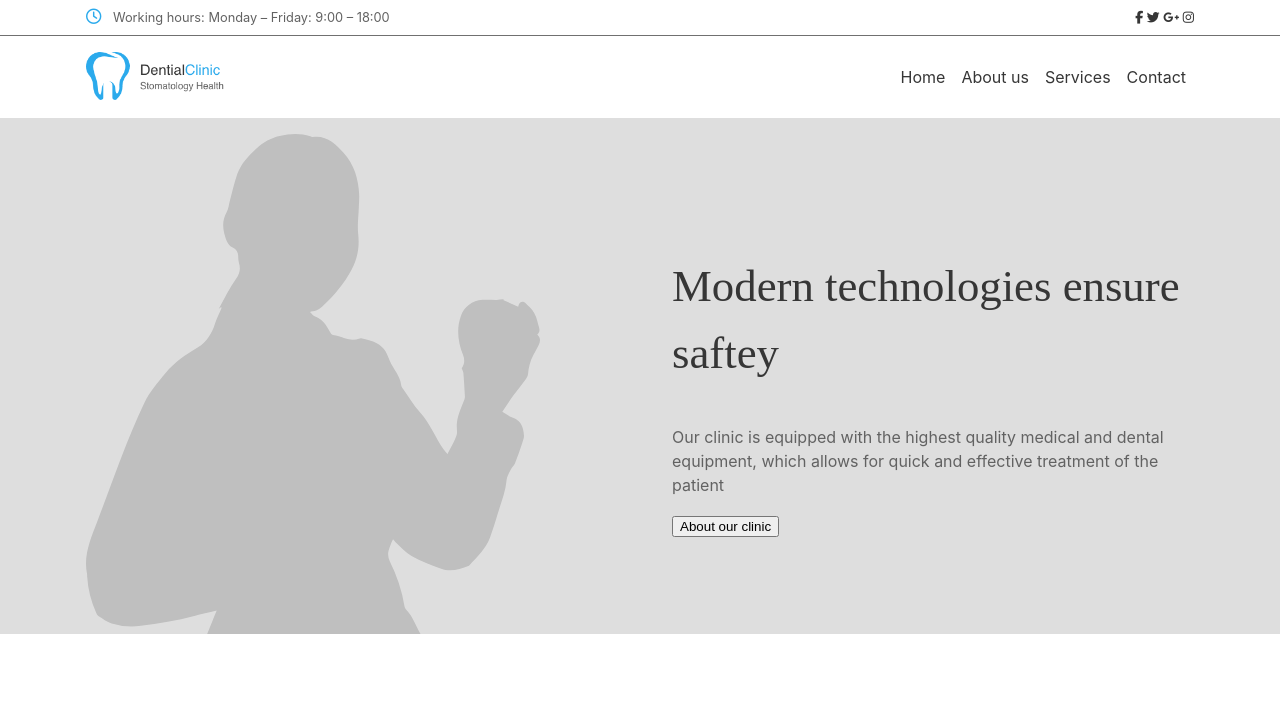
Repository: skepp4rn/uppgift1
Page: index.html
These files come from the project's save history. The page is drawn as it stood at one moment and after the next save; the edit follows.
The browser window is 1280 px wide. The pictures show the whole page.
Some web libraries are served in a nearby version.

Above is the page before, as saved 2020-11-18 20:53:35.

### index.html
<!DOCTYPE html>
<html lang="en">
<head>
    <meta charset="UTF-8">
    <meta name="viewport" content="width=device-width, initial-scale=1.0">
    <title>Document</title>

    <script src="https://kit.fontawesome.com/0abbda2fd3.js" crossorigin="anonymous"></script>
    <link rel="stylesheet" href="style.css">
</head>
<body>

    <nav class="navbar-top collapse">
        <div class="container">
            <div class="hours">
                <i class="far fa-clock"></i>
                Working hours: Monday – Friday: 9:00 – 18:00
            </div>
            <div class="#">
                <a href="#"><i class="fab fa-facebook-f"></i></a>
                <a href="#"><i class="fab fa-twitter"></i></a>
                <a href="#"><i class="fab fa-google-plus-g"></i></a>
                <a href="#"><i class="fab fa-instagram"></i></a>
            </div>
        </div>
    </nav>

    <nav class="navbar ">
        <div class="container">
            <a class="navbar-brand" href="#" >
                <img src="images/Logo.png" alt="">
            </a>
            <button class="navbar-toggler">
                <i class="fas fa-bars"></i>
            </button>
            <div class="collapse navbar-collapse">
                <div class="navbar-nav">
                    <a class="nav-link" href="#">Home</a>
                    <a class="nav-link" href="#">About us</a>
                    <a class="nav-link" href="#">Services</a>
                    <a class="nav-link" href="#">Contact</a>
                </div>
            </div>
        </div>
    </nav>

    <section id="showcase" class="bg-gray">
        <div class="container">
            <img src="images/placehold-girl.svg" alt="">
            <div class="content-box">
                <div class="content">
                    <h1>Modern technologies ensure saftey</h1>
                    <p>Our clinic is equipped with the highest quality medical and dental equipment, which allows for quick and effective treatment of the patient</p>
                    <button>About our clinic</button>
                </div>
            </div>
        </div>
    </section>

</body>
</html>

### style.css
* {
    box-sizing: border-box;
}

html, body {
    font-weight: 400;
    font-family: -apple-system, BlinkMacSystemFont, 'Segoe UI', Roboto, Oxygen, Ubuntu, Cantarell, 'Open Sans', 'Helvetica Neue', sans-serif;
    line-height: 1.5;
    font-size: 16px;
    margin: 0;
    padding: 0;
    color: #626262;
}

.border {
    border: 1px solid black;
}

a {
    color: #363636;
    text-decoration: none;
    background-color: transparent;
}

a:hover {
    color: #25E6C8;
}

.bg-dark {
   background: #333333;
   color: #ffffff;
}

.bg-light {
    background: #f7f7f7;
    color: #333333;
}

.bg-gray {
    background-color: #DEDEDE;

}


.collapse:not(.show) {
    display: none;
}

.container {
    width: 100%;
    padding: 0 1rem;
    margin: 0 auto;
}

.navbar-top {
    border-bottom: 1px solid #707070;
}

.navbar, .navbar-top {
    display: flex;
    justify-content: space-between;
    padding: 0.5rem 1rem;
}

.navbar .container, .navbar-top .container {
    display: flex;
    justify-content: space-between;
    align-items: center;
}

.navbar-top .container {
    font-size: 0.8rem;
}

.navbar-top .container .hours {
    color:#626262;
}

.navbar-top .container .hours i {
    color: #2BAAEC;
    margin-right: 0.5rem;
    font-size: 1.2em;
}

.navbar-top .container .socialmedia a {
    margin: 0 0.5rem;
}

.navbar-brand {
    display: inline-block;
    font-size: 1.5rem;
    color: black;
    margin-right: 1rem;
}

.navbar-brand img {
    height: 3rem;
    margin-top: 0.5rem;
}

.navbar-toggler {
    font-size: 2.5rem;
    color:#2BAAEC;
    background-color: transparent;
    border: 1px solid transparent;
}

.navbar-collapse {
    align-items: center;
}

.navbar-nav {
    display: flex;
    flex-direction: column;
}

.nav-link {
    padding: 0;
    text-decoration: none;
}



#showcase .container {
    display: grid;
    grid-template-columns: 1fr 1fr;
    column-gap: 4rem;

    align-items: center;
}

#showcase .container img {
    height: 500px;
    margin-top: 1rem;
}

#showcase .container .content-box {
    align-self: center;
}

.content-box .content h1 {
    font-size: 2.8rem;
    color: #363636;
    font-family: 'Roboto Slab', serif;
    font-weight: 300;

}


























@media (min-width: 768px) {
    .nav-link {
        padding-right: 0.5rem;
        padding-left: 0.5rem;
    }

    .navbar-nav {
        flex-direction: row;
    }

    .navbar-toggler {
        display: none;
    }

    .collapse:not(.show) {
        display: flex;
    }

    .container {
        max-width: 720px;
    }

}

@media (min-width: 992px) {
    .container {
        max-width: 960px;
    }
}

@media (min-width: 1200px) {
    .container {
        max-width: 1140px;
    }
}

After the next save:
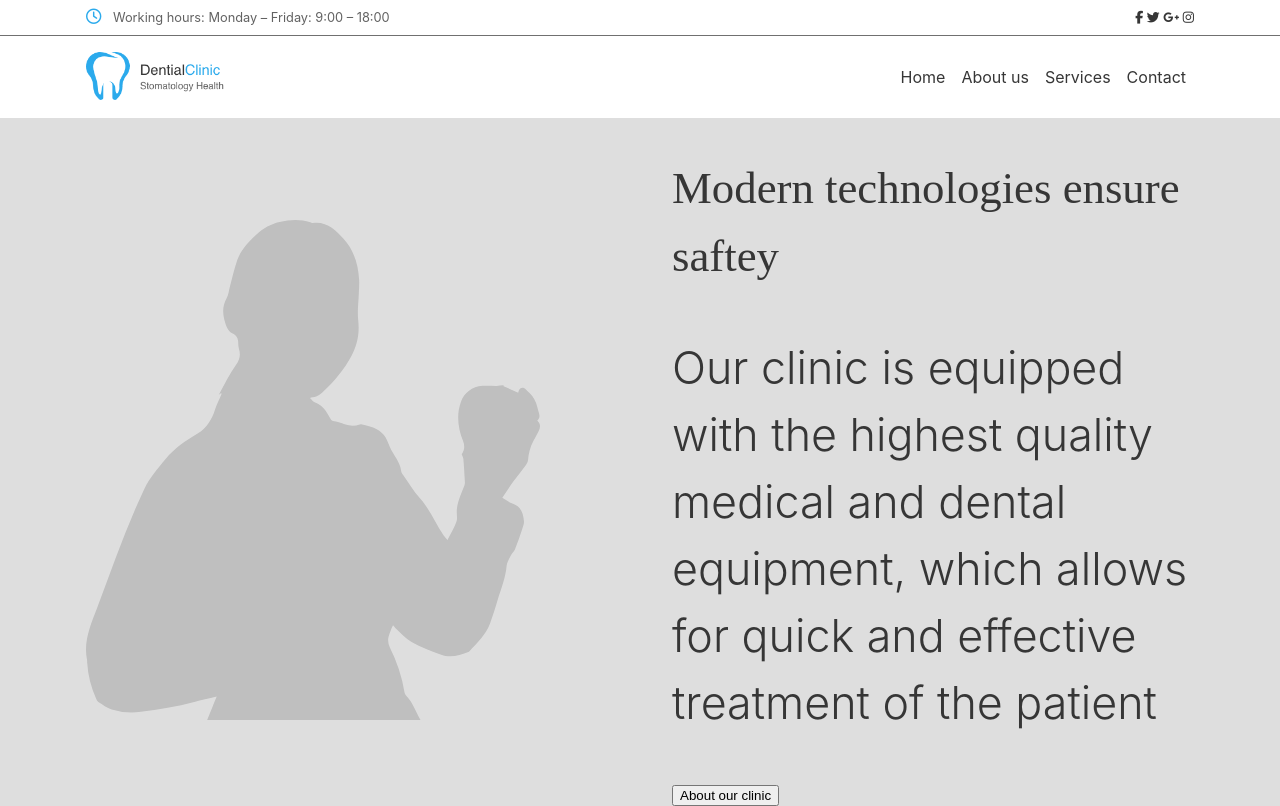
Saved 102 s later.
--- a/style.css
+++ b/style.css
@@ -146,6 +146,13 @@ a:hover {
 
 }
 
+.content-box .content p {
+    font-size: 2.8rem;
+    color: #363636;
+    font-weight: 300;
+
+}
+
 
 
 
